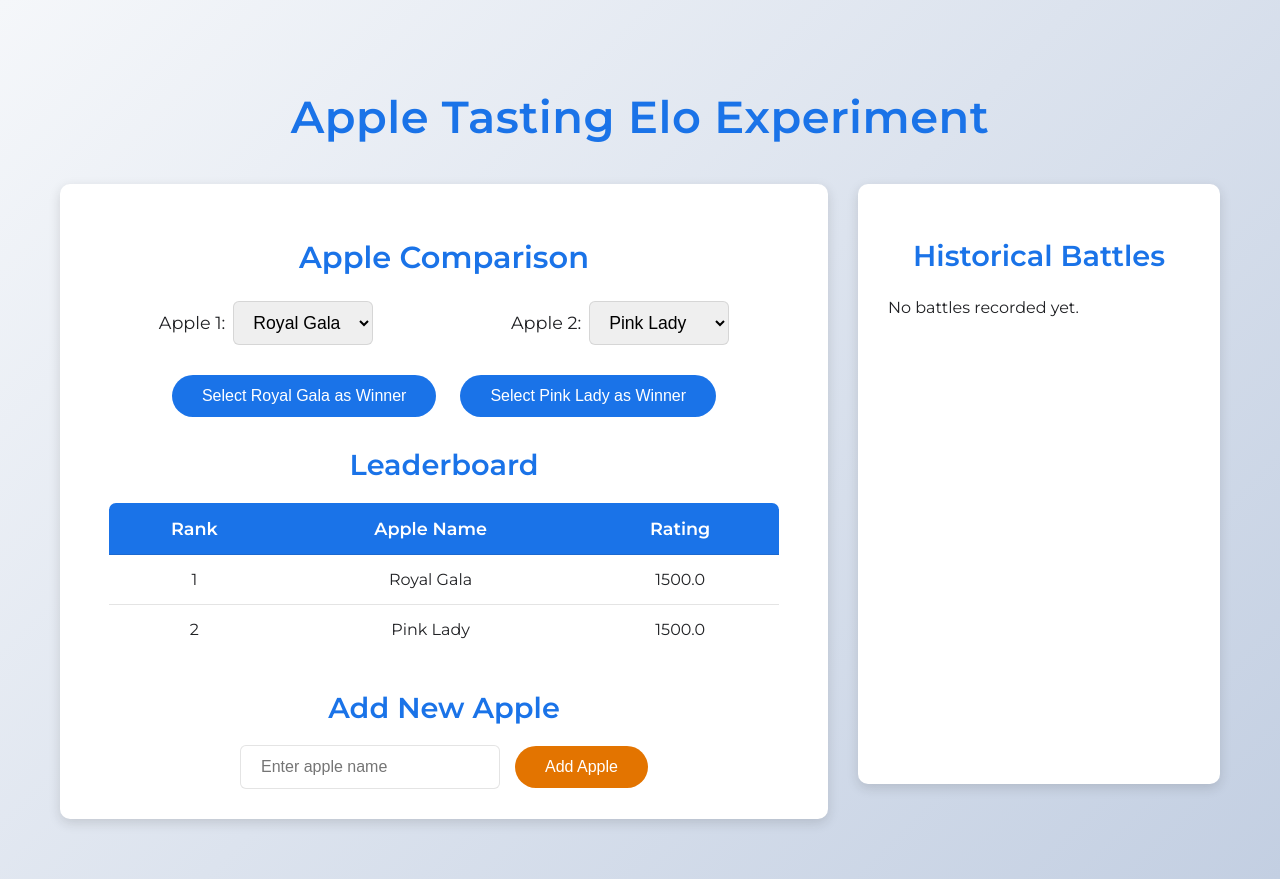
Repository: bpisaneschi/apples_leaderboard
Page: /
These files come from the project's save history. The page is drawn as it stood at one moment and after the next save; the edit follows.
The browser window is 1280 px wide. The pictures show the whole page.
The project was rebuilt for these pictures with package versions that can differ from the ones it lists, and the page was loaded fresh each time.

Above is the page before, as saved 2025-02-07 21:36:10.

### public/index.html
<!DOCTYPE html>
<html lang="en">
  <head>
    <meta charset="utf-8" />
    <link rel="icon" href="./favicon.ico" />
    <meta name="viewport" content="width=device-width, initial-scale=1" />
    <meta name="theme-color" content="#000000" />
    <meta name="description" content="Web site created using create-react-app" />
    <link rel="apple-touch-icon" href="./logo192.png" />
    <link rel="manifest" href="./manifest.json" />
    <title>React App</title>
  </head>
  <body>
    <noscript>You need to enable JavaScript to run this app.</noscript>
    <div id="root"></div>
  </body>
</html>

### src/App.js
import React, { useState, useEffect } from 'react';
import './App.css';

function App() {
  // Keys for localStorage
  const STORAGE_KEYS = {
    APPLES: 'appleTastingApples',
    COMPARISONS: 'appleTastingComparisons',
    NEXT_APPLE_ID: 'appleTastingNextAppleId',
  };

  // Default apples: initially only Royal Gala and Pink Lady.
  const defaultApples = {
    A1: { name: 'Royal Gala', rating: 1500 },
    A2: { name: 'Pink Lady', rating: 1500 },
  };

  // Load initial state from localStorage, or use defaults.
  const loadApples = () => {
    const saved = localStorage.getItem(STORAGE_KEYS.APPLES);
    return saved ? JSON.parse(saved) : defaultApples;
  };

  const loadComparisons = () => {
    const saved = localStorage.getItem(STORAGE_KEYS.COMPARISONS);
    return saved ? JSON.parse(saved) : [];
  };

  const loadNextAppleId = () => {
    const saved = localStorage.getItem(STORAGE_KEYS.NEXT_APPLE_ID);
    return saved ? Number(saved) : 3;
  };

  // States
  const [apples, setApples] = useState(loadApples);
  const [comparisons, setComparisons] = useState(loadComparisons);
  const [nextAppleId, setNextAppleId] = useState(loadNextAppleId);
  const [apple1, setApple1] = useState('A1');
  const [apple2, setApple2] = useState('A2');
  const [newAppleName, setNewAppleName] = useState('');

  // Elo parameters
  const K = 32;

  // Expected score function
  const expectedScore = (ratingA, ratingB) => {
    return 1 / (1 + Math.pow(10, (ratingB - ratingA) / 400));
  };

  // This function recalculates all apple ratings from scratch by replaying
  // every battle in the comparisons history.
  const recalculateRatings = (currentComparisons, currentApples) => {
    // Reset every apple's rating to 1500.
    let newRatings = {};
    Object.keys(currentApples).forEach(id => {
      newRatings[id] = 1500;
    });

    // Replay each battle in the order they were recorded.
    currentComparisons.forEach(battle => {
      const { apple1Id, apple2Id, winnerId } = battle;
      const loserId = winnerId === apple1Id ? apple2Id : apple1Id;
      const ratingWinner = newRatings[winnerId];
      const ratingLoser = newRatings[loserId];
      const expWin = expectedScore(ratingWinner, ratingLoser);
      const expLoss = expectedScore(ratingLoser, ratingWinner);
      newRatings[winnerId] = ratingWinner + K * (1 - expWin);
      newRatings[loserId] = ratingLoser + K * (0 - expLoss);
    });

    // Update the apples state with recalculated ratings.
    setApples(prevApples => {
      const updated = { ...prevApples };
      Object.keys(updated).forEach(id => {
        updated[id].rating = newRatings[id];
      });
      return updated;
    });
  };

  // Record a new comparison (battle)
  const recordComparison = (winnerId) => {
    if (apple1 === apple2) {
      alert('Please select two different apples!');
      return;
    }
    const loserId = winnerId === apple1 ? apple2 : apple1;
    // Create the battle record.
    const today = new Date().toLocaleDateString();
    const newBattle = { date: today, apple1Id: apple1, apple2Id: apple2, winnerId: winnerId };
    // Update the comparisons state.
    const newComparisons = [...comparisons, newBattle];
    setComparisons(newComparisons);
    // Update the ratings by replaying all battles.
    recalculateRatings(newComparisons, apples);
  };

  // Add a new apple type.
  const addNewApple = (e) => {
    e.preventDefault();
    if (!newAppleName.trim()) {
      alert('Please enter a valid apple name.');
      return;
    }
    const newId = 'A' + nextAppleId;
    setApples(prev => ({
      ...prev,
      [newId]: { name: newAppleName.trim(), rating: 1500 },
    }));
    setNextAppleId(prev => prev + 1);
    setNewAppleName('');
  };

  // Delete a battle from history and recalc ratings.
  const deleteBattle = (index) => {
    const newComparisons = comparisons.filter((_, idx) => idx !== index);
    setComparisons(newComparisons);
    recalculateRatings(newComparisons, apples);
  };

  // Save to localStorage on changes.
  useEffect(() => {
    localStorage.setItem(STORAGE_KEYS.APPLES, JSON.stringify(apples));
  }, [apples]);

  useEffect(() => {
    localStorage.setItem(STORAGE_KEYS.COMPARISONS, JSON.stringify(comparisons));
  }, [comparisons]);

  useEffect(() => {
    localStorage.setItem(STORAGE_KEYS.NEXT_APPLE_ID, nextAppleId);
  }, [nextAppleId]);

  // Build a sorted leaderboard (highest rating first).
  const leaderboard = Object.entries(apples).sort(
    (a, b) => b[1].rating - a[1].rating
  );

  return (
    <div className="App">
      <header>
        <h1>Apple Tasting Elo Experiment</h1>
      </header>

      <div className="main-content">
        <div className="tasting-panel">
          <h2>Apple Comparison</h2>
          <div className="dropdowns">
            <label>
              Apple 1:
              <select value={apple1} onChange={(e) => setApple1(e.target.value)}>
                {Object.entries(apples).map(([id, data]) => (
                  <option key={id} value={id}>
                    {data.name}
                  </option>
                ))}
              </select>
            </label>
            <label>
              Apple 2:
              <select value={apple2} onChange={(e) => setApple2(e.target.value)}>
                {Object.entries(apples).map(([id, data]) => (
                  <option key={id} value={id}>
                    {data.name}
                  </option>
                ))}
              </select>
            </label>
          </div>
          <div className="buttons">
            <button onClick={() => recordComparison(apple1)}>
              Select {apples[apple1].name} as Winner
            </button>
            <button onClick={() => recordComparison(apple2)}>
              Select {apples[apple2].name} as Winner
            </button>
          </div>

          <div className="leaderboard">
            <h2>Leaderboard</h2>
            <table>
              <thead>
                <tr>
                  <th>Rank</th>
                  <th>Apple Name</th>
                  <th>Rating</th>
                </tr>
              </thead>
              <tbody>
                {leaderboard.map(([id, data], index) => (
                  <tr key={id}>
                    <td>{index + 1}</td>
                    <td>{data.name}</td>
                    <td>{data.rating.toFixed(1)}</td>
                  </tr>
                ))}
              </tbody>
            </table>
          </div>

          <div className="add-apple">
            <h2>Add New Apple</h2>
            <form onSubmit={addNewApple}>
              <input
                type="text"
                value={newAppleName}
                onChange={(e) => setNewAppleName(e.target.value)}
                placeholder="Enter apple name"
              />
              <button type="submit">Add Apple</button>
            </form>
          </div>
        </div>

        <aside className="history-panel">
          <h2>Historical Battles</h2>
          {comparisons.length === 0 ? (
            <p>No battles recorded yet.</p>
          ) : (
            <ul>
              {comparisons.map((battle, idx) => {
                const { date, apple1Id, apple2Id, winnerId } = battle;
                return (
                  <li key={idx}>
                    <strong>{date}:</strong> {apples[apple1Id].name} vs. {apples[apple2Id].name} – Winner: {apples[winnerId].name}
                    <button onClick={() => deleteBattle(idx)} style={{ marginLeft: '10px' }}>
                      Delete
                    </button>
                  </li>
                );
              })}
            </ul>
          )}
        </aside>
      </div>
    </div>
  );
}

export default App;

### src/App.css
/* Import a modern font (e.g., Montserrat from Google Fonts) */
@import url('https://fonts.googleapis.com/css2?family=Montserrat:wght@400;600&display=swap');

/* CSS Variables for consistent theming */
:root {
  --primary-color: #1a73e8;
  --secondary-color: #4285f4;
  --accent-color: #e37400;
  --bg-gradient: linear-gradient(135deg, #f5f7fa, #c3cfe2);
  --card-bg: #ffffff;
  --text-color: #202124;
  --border-color: rgba(32, 33, 36, 0.12);
  --box-shadow: 0 4px 12px rgba(32, 33, 36, 0.15);
  --transition-speed: 0.3s;
}

* {
  box-sizing: border-box;
}

body {
  margin: 0;
  background: var(--bg-gradient);
  font-family: 'Montserrat', sans-serif;
  color: var(--text-color);
  overflow-x: hidden;
}

.App {
  max-width: 1200px;
  margin: 40px auto;
  padding: 20px;
}

header {
  text-align: center;
  margin-bottom: 40px;
}

header h1 {
  font-size: 2.8em;
  font-weight: 600;
  color: var(--primary-color);
  margin-bottom: 10px;
  letter-spacing: 0.5px;
}

.main-content {
  display: flex;
  gap: 30px;
  flex-wrap: wrap;
}

/* Card-style panels */
.tasting-panel,
.history-panel {
  background: var(--card-bg);
  border-radius: 10px;
  padding: 30px;
  box-shadow: var(--box-shadow);
  transition: transform var(--transition-speed) ease;
}

.tasting-panel:hover,
.history-panel:hover {
  transform: translateY(-3px);
}

/* Tasting Panel takes 65% width on wider screens */
.tasting-panel {
  flex: 1 1 65%;
}

.tasting-panel h2 {
  text-align: center;
  margin-bottom: 25px;
  color: var(--primary-color);
  font-size: 1.9em;
}

/* Dropdown styling */
.dropdowns {
  display: flex;
  justify-content: space-around;
  margin-bottom: 30px;
}

.dropdowns label {
  font-size: 1.1em;
  font-weight: 500;
}

.dropdowns select {
  margin-left: 8px;
  padding: 10px 15px;
  border: 1px solid var(--border-color);
  border-radius: 6px;
  font-size: 1em;
  outline: none;
  transition: border var(--transition-speed) ease;
}

.dropdowns select:focus {
  border-color: var(--primary-color);
}

/* Button styling */
.buttons {
  text-align: center;
  margin-bottom: 30px;
}

.buttons button {
  padding: 12px 30px;
  margin: 0 12px;
  font-size: 1em;
  border: none;
  border-radius: 50px;
  background: var(--primary-color);
  color: #fff;
  cursor: pointer;
  transition: background var(--transition-speed) ease, transform var(--transition-speed) ease;
}

.buttons button:hover {
  background: var(--secondary-color);
  transform: scale(1.03);
}

/* Leaderboard Styling */
.leaderboard {
  margin-top: 30px;
}

.leaderboard h2 {
  text-align: center;
  margin-bottom: 20px;
  color: var(--primary-color);
  font-size: 1.8em;
}

.leaderboard table {
  margin: 0 auto;
  border-collapse: collapse;
  width: 95%;
  border: 1px solid var(--border-color);
  border-radius: 8px;
  overflow: hidden;
}

.leaderboard th,
.leaderboard td {
  padding: 15px 20px;
  text-align: center;
  border-bottom: 1px solid var(--border-color);
}

.leaderboard th {
  background: var(--primary-color);
  color: #fff;
  font-size: 1.1em;
}

.leaderboard tr:last-child td {
  border-bottom: none;
}

/* Add Apple Section */
.add-apple {
  text-align: center;
  margin-top: 35px;
}

.add-apple h2 {
  margin-bottom: 20px;
  color: var(--primary-color);
  font-size: 1.8em;
}

.add-apple form {
  display: flex;
  justify-content: center;
  align-items: center;
  gap: 15px;
  flex-wrap: wrap;
}

.add-apple input {
  padding: 12px 20px;
  font-size: 1em;
  border: 1px solid var(--border-color);
  border-radius: 6px;
  width: 260px;
  transition: border var(--transition-speed) ease;
}

.add-apple input:focus {
  border-color: var(--primary-color);
  outline: none;
}

.add-apple button {
  padding: 12px 30px;
  font-size: 1em;
  border: none;
  border-radius: 50px;
  background: var(--accent-color);
  color: #fff;
  cursor: pointer;
  transition: background var(--transition-speed) ease, transform var(--transition-speed) ease;
}

.add-apple button:hover {
  background: var(--secondary-color);
  transform: scale(1.03);
}

/* History Panel Styling */
.history-panel {
  flex: 1 1 30%;
  max-height: 600px;
  overflow-y: auto;
}

.history-panel h2 {
  text-align: center;
  margin-bottom: 25px;
  color: var(--primary-color);
  font-size: 1.8em;
}

.history-panel ul {
  list-style: none;
  padding: 0;
  margin: 0;
}

.history-panel li {
  padding: 15px 10px;
  margin-bottom: 15px;
  border-bottom: 1px solid var(--border-color);
  display: flex;
  align-items: center;
  justify-content: space-between;
  transition: background var(--transition-speed) ease;
}

.history-panel li:hover {
  background: #f1f3f4;
}

.history-panel li strong {
  color: var(--primary-color);
}

.history-panel li button {
  background-color: var(--accent-color);
  border: none;
  color: #fff;
  padding: 8px 16px;
  border-radius: 6px;
  font-size: 0.9em;
  cursor: pointer;
  transition: background var(--transition-speed) ease, transform var(--transition-speed) ease;
}

.history-panel li button:hover {
  background-color: var(--secondary-color);
  transform: scale(1.05);
}

/* Responsive adjustments */
@media (max-width: 768px) {
  .main-content {
    flex-direction: column;
  }

  .tasting-panel,
  .history-panel {
    flex: 1 1 100%;
  }
}

Loaded but not shown: src/index.js (common file); src/index.css (common file)

After the next save:
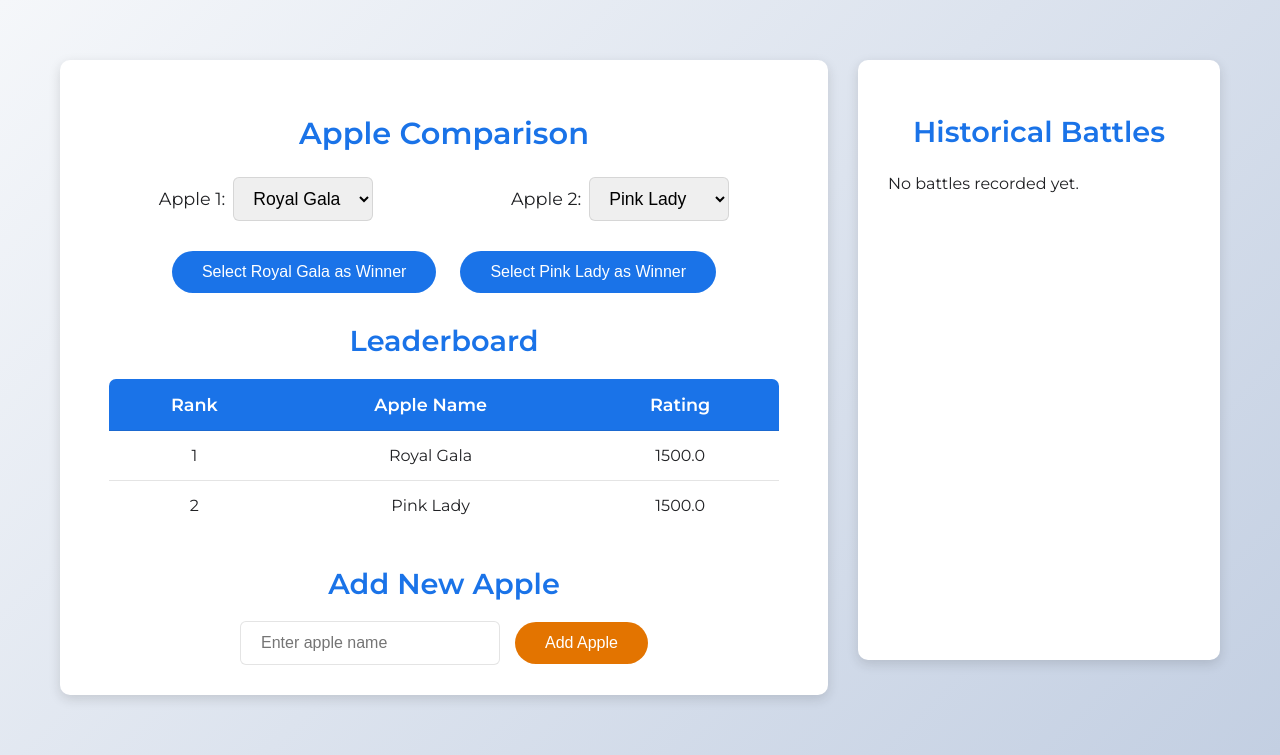
Saved 102 s later.
--- a/src/App.js
+++ b/src/App.js
@@ -138,9 +138,9 @@
 
   return (
     <div className="App">
-      <header>
+      {/* <header>
         <h1>Apple Tasting Elo Experiment</h1>
-      </header>
+      </header> */}
 
       <div className="main-content">
         <div className="tasting-panel">

After the 2 saves that followed:
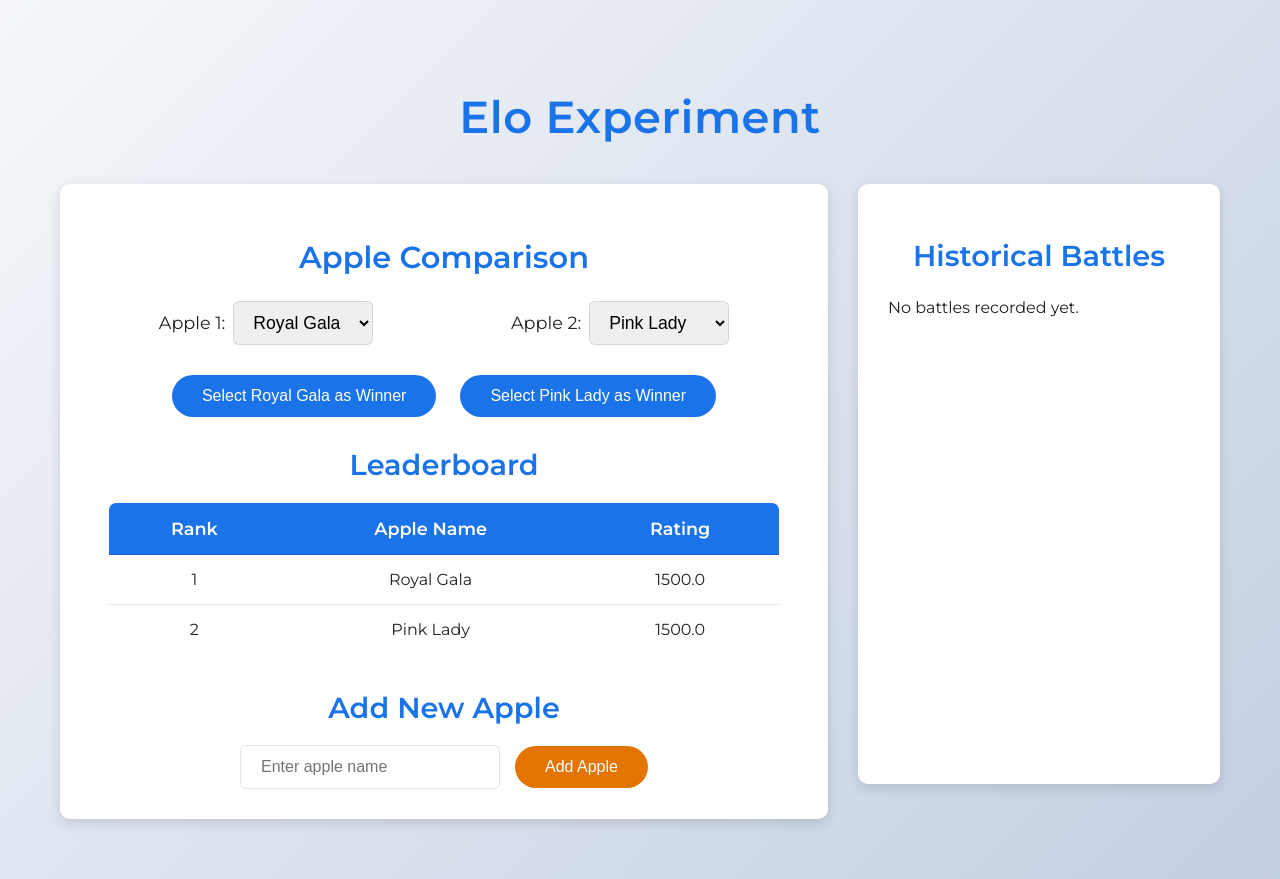
The 2 saves are shown as one change because 1 left the picture as it was.
The last was saved 2 min 15 s later.
--- a/src/App.js
+++ b/src/App.js
@@ -138,9 +138,9 @@
 
   return (
     <div className="App">
-      {/* <header>
-        <h1>Apple Tasting Elo Experiment</h1>
-      </header> */}
+      <header>
+        <h1>Elo Experiment</h1>
+      </header>
 
       <div className="main-content">
         <div className="tasting-panel">
